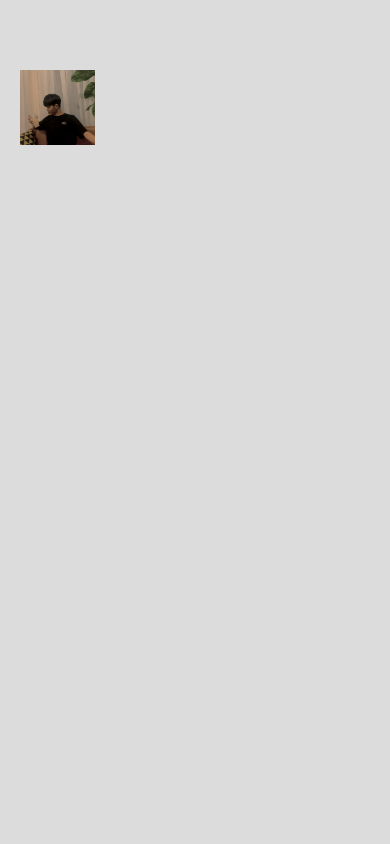
Repository: diepdung02/AppPTC
Screen: /Home
An editor plug-in stored every save of this project. The screen is shown before and after a run of saves, followed by the edit.
The app was drawn by React Native's web renderer in a window 390 px wide. The project was rebuilt for these pictures with package versions that can differ from the ones it lists, and the page was loaded fresh each time.

Above is the screen before, as saved 2024-06-29 13:09:32.

### App.tsx
import React from 'react';
import 'react-native-gesture-handler';
import { NavigationContainer } from '@react-navigation/native';
import { createStackNavigator } from '@react-navigation/stack';
import { createMaterialTopTabNavigator } from '@react-navigation/material-top-tabs';
import { LoginScreen, HomeScreen } from './screen/index';
import COLORS from './constants/Color';


const Stack = createStackNavigator();
const Tab = createMaterialTopTabNavigator();



const App: React.FC = () => {
  return (
    <NavigationContainer>
      <Stack.Navigator initialRouteName="Login">
        <Stack.Screen name="Login" component={LoginScreen} options={{ headerShown: false }} />
        <Stack.Screen name="Home" component={HomeScreen} options={{ headerShown: false }} />
      </Stack.Navigator>
    </NavigationContainer>
  );
};

export default App;

### screen/index.tsx
import LoginScreen from './auth/LoginScreen';
import HomeScreen from './home/HomeScreen';

export{
    LoginScreen,
    HomeScreen

}

### screen/auth/LoginScreen.tsx
import React, { useState, useEffect } from 'react';
import { View, TextInput, StyleSheet, TouchableOpacity, Text, Image } from 'react-native';
import { FontAwesome, MaterialIcons } from '@expo/vector-icons';
import { Formik } from 'formik';
import * as Yup from 'yup';
import AsyncStorage from '@react-native-async-storage/async-storage';
import COLORS from '../../constants/Color';

type LoginProps = {
  navigation: any;
};

type FormValues = {
  username: string;
  password: string;
};

const LoginScreen: React.FC<LoginProps> = ({ navigation }) => {
  const [hidePassword, setHidePassword] = useState<boolean>(true);
  const [rememberPassword, setRememberPassword] = useState<boolean>(false);

  useEffect(() => {
    const checkRememberPassword = async () => {
      try {
        const savedPassword = await AsyncStorage.getItem('password');
        if (savedPassword) {
          setRememberPassword(true);
        }
      } catch (error) {
        console.error('Error reading password from AsyncStorage:', error);
      }
    };
    checkRememberPassword();
  }, []);

  const togglePasswordVisibility = () => {
    setHidePassword(!hidePassword);
  };

  const handleLogin = (values: FormValues) => {
    // Hiện thông báo đăng nhập thành công và điều hướng đến HomeScreen
    alert('Đăng nhập thành công!');
    navigation.navigate('Home');
  };

  const validationSchema = Yup.object({
    username: Yup.string().required('Chưa nhập tên đăng nhập'),
    password: Yup.string().required('Chưa nhập mật khẩu'),
  });

  return (
    <Formik
      initialValues={{
        username: 'dung',
        password: '123',
      }}
      validationSchema={validationSchema}
      onSubmit={(values) => handleLogin(values)}
    >
      {({ values, touched, errors, handleChange, handleSubmit, handleBlur }) => (
        <View style={styles.container}>
          <Image source={require('../../assets/logo.png')} style={styles.logo} />
          <View style={styles.inputContainer}>
            <FontAwesome name="user" size={20} color="black" />
            <TextInput
              style={styles.textInput}
              placeholder="Username"
              value={values.username}
              onChangeText={handleChange('username')}
              onBlur={handleBlur('username')}
            />
          </View>
          {touched.username && errors.username && (
            <Text style={styles.errorText}>{errors.username}</Text>
          )}

          <View style={styles.inputContainer}>
            <FontAwesome name="lock" size={20} color="black" />
            <TextInput
              style={styles.textInput}
              placeholder="Password"
              secureTextEntry={hidePassword}
              value={values.password}
              onChangeText={handleChange('password')}
              onBlur={handleBlur('password')}
            />
            <TouchableOpacity onPress={togglePasswordVisibility}>
              <MaterialIcons name={hidePassword ? 'visibility-off' : 'visibility'} size={20} color="black" />
            </TouchableOpacity>
          </View>
          {touched.password && errors.password && (
            <Text style={styles.errorText}>{errors.password}</Text>
          )}

          <TouchableOpacity style={styles.loginButton} onPress={handleSubmit as any}>
            <Text style={styles.buttonText}>Login</Text>
          </TouchableOpacity>
          <TouchableOpacity onPress={() => navigation.navigate('ForgotPassword')}>
            <Text style={styles.forgotPasswordText}>Forgot Password?</Text>
          </TouchableOpacity>
        </View>
      )}
    </Formik>
  );
};

const styles = StyleSheet.create({
  container: {
    flex: 1,
    backgroundColor: COLORS.colorMain,
    alignItems: 'center',
    justifyContent: 'center',
  },
  logo: {
    width: 150,
    height: 150,
    marginBottom: 50,
  },
  inputContainer: {
    flexDirection: 'row',
    alignItems: 'center',
    backgroundColor: '#FFFFFF',
    borderRadius: 5,
    width: '80%',
    marginBottom: 20,
    padding: 10,
  },
  textInput: {
    flex: 1,
    marginLeft: 10,
  },
  loginButton: {
    backgroundColor: COLORS.blue,
    width: '80%',
    padding: 15,
    borderRadius: 5,
    alignItems: 'center',
  },
  buttonText: {
    color: 'white',
    fontSize: 16,
  },
  forgotPasswordText: {
    color: '#005A8C',
    marginTop: 20,
  },
  errorText: {
    color: 'red',
    fontSize: 12,
    marginBottom: 20,
  },
});

export default LoginScreen;

### screen/home/HomeScreen.tsx
import { View, Text, Image, StyleSheet } from 'react-native'
import React from 'react'
import COLORS from '../../constants/Color'

const HomeScreen:React.FC = () => {
  return (
    <View style={styles.container}>
      <View style={styles.inforContainer}>
        <Image source={require("../../assets/avatar.jpg")} style={styles.avatar}></Image>
      <Text style={styles.txtInfor}></Text>
      <Text style={styles.txtInfor}></Text>
      </View>
    </View>
  )
}

const styles = StyleSheet.create({
  container:{
    flex:1,
    backgroundColor:COLORS.colorMain,
  },
  avatar:{
    width:75,
    height:75,
    marginTop:70,
    marginLeft:20,
  },
  inforContainer:{
    flexDirection:"row",
    alignItems:"center"
  },
  txtInfor:{
    fontSize:20,
    marginTop:50,
  }
})

export default HomeScreen

### constants/Color.tsx
const COLORS = {
    colorMain:"#DCDCDC",
    blue: "#09648C"

  };
  export default COLORS;

After the next 2 saves:
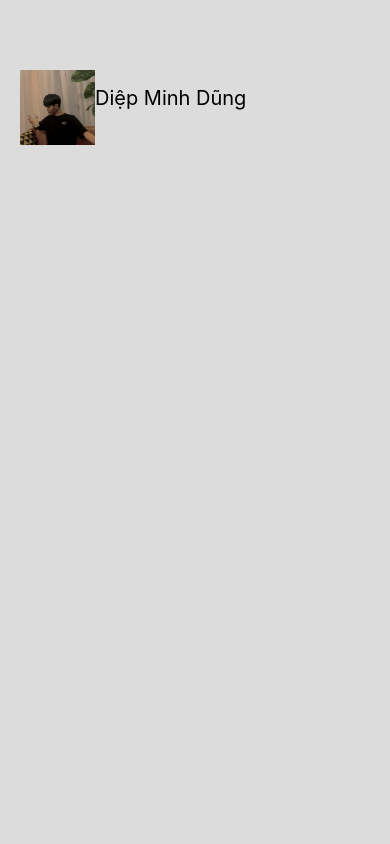
The 2 saves are shown as one change because they came seconds apart.
The last was saved 9 s later.
--- a/screen/home/HomeScreen.tsx
+++ b/screen/home/HomeScreen.tsx
@@ -7,7 +7,7 @@ const HomeScreen:React.FC = () => {
     <View style={styles.container}>
       <View style={styles.inforContainer}>
         <Image source={require("../../assets/avatar.jpg")} style={styles.avatar}></Image>
-      <Text style={styles.txtInfor}></Text>
+      <Text style={styles.txtInfor}>Diệp Minh Dũng</Text>
       <Text style={styles.txtInfor}></Text>
       </View>
     </View>
